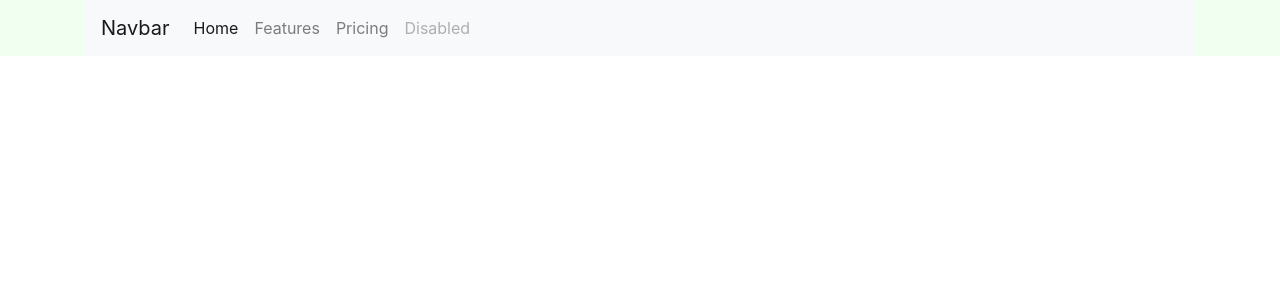
Repository: mohsinfarabi/e-school
Page: index.html
An editor plug-in stored every save of this project. The page is shown before and after the next save, followed by the edit.
The browser window is 1280 px wide. The pictures show the whole page.

Above is the page before, as saved 2020-07-08 00:50:12.

### index.html
<!DOCTYPE html>
<html lang="en">

<head>
    <meta charset="UTF-8">
    <meta name="viewport" content="width=device-width, initial-scale=1.0">
    <link rel="stylesheet" href="css/bootstrap/css/bootstrap.min.css">
    <link rel="stylesheet" href="style.css">
    <title>E-School</title>
</head>

<body>
    <section class="top-part">
        <div class="container">
            <nav class="navbar navbar-expand-lg navbar-light bg-light">
                <a class="navbar-brand" href="#">Navbar</a>
                <button class="navbar-toggler" type="button" data-toggle="collapse" data-target="#navbarNav" aria-controls="navbarNav" aria-expanded="false" aria-label="Toggle navigation">
                  <span class="navbar-toggler-icon"></span>
                </button>
                <div class="collapse navbar-collapse" id="navbarNav">
                    <ul class="navbar-nav">
                        <li class="nav-item active">
                            <a class="nav-link" href="#">Home <span class="sr-only">(current)</span></a>
                        </li>
                        <li class="nav-item">
                            <a class="nav-link" href="#">Features</a>
                        </li>
                        <li class="nav-item">
                            <a class="nav-link" href="#">Pricing</a>
                        </li>
                        <li class="nav-item">
                            <a class="nav-link disabled" href="#" tabindex="-1" aria-disabled="true">Disabled</a>
                        </li>
                    </ul>
                </div>
            </nav>
        </div>
    </section>











    <script src="https://code.jquery.com/jquery-3.5.1.slim.min.js" integrity="sha384-DfXdz2htPH0lsSSs5nCTpuj/zy4C+OGpamoFVy38MVBnE+IbbVYUew+OrCXaRkfj" crossorigin="anonymous"></script>
    <script src="https://cdn.jsdelivr.net/npm/popper.js@1.16.0/dist/umd/popper.min.js" integrity="sha384-Q6E9RHvbIyZFJoft+2mJbHaEWldlvI9IOYy5n3zV9zzTtmI3UksdQRVvoxMfooAo" crossorigin="anonymous"></script>
    <script src="https://stackpath.bootstrapcdn.com/bootstrap/4.5.0/js/bootstrap.min.js" integrity="sha384-OgVRvuATP1z7JjHLkuOU7Xw704+h835Lr+6QL9UvYjZE3Ipu6Tp75j7Bh/kR0JKI" crossorigin="anonymous"></script>
</body>

</html>

### style.css
.top-part {
    background-color: #F0FFF0;
}

.bg-light {
    color: #F0FFF0;
}

Loaded but not shown: css/bootstrap/css/bootstrap.min.css (library)

After the next save:
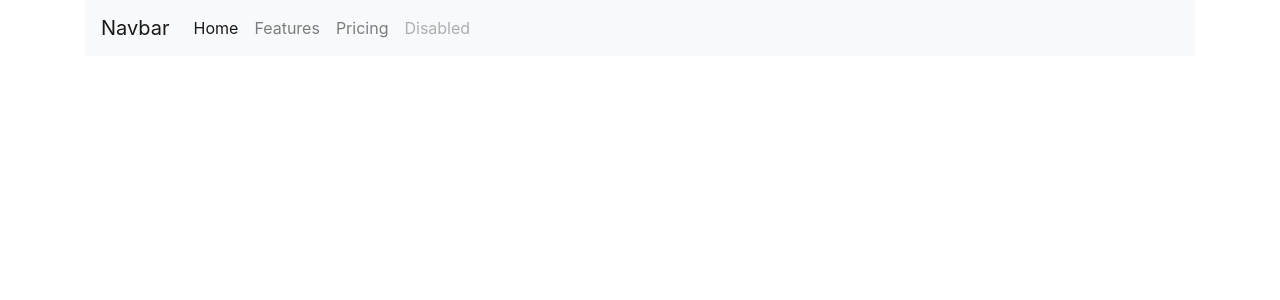
Saved 70 s later.
--- a/index.html
+++ b/index.html
@@ -10,13 +10,13 @@
 </head>
 
 <body>
-    <section class="top-part">
-        <div class="container">
+    <div class="container">
+        <section class="top-part">
             <nav class="navbar navbar-expand-lg navbar-light bg-light">
                 <a class="navbar-brand" href="#">Navbar</a>
                 <button class="navbar-toggler" type="button" data-toggle="collapse" data-target="#navbarNav" aria-controls="navbarNav" aria-expanded="false" aria-label="Toggle navigation">
-                  <span class="navbar-toggler-icon"></span>
-                </button>
+                      <span class="navbar-toggler-icon"></span>
+                    </button>
                 <div class="collapse navbar-collapse" id="navbarNav">
                     <ul class="navbar-nav">
                         <li class="nav-item active">
@@ -34,8 +34,8 @@
                     </ul>
                 </div>
             </nav>
-        </div>
-    </section>
+        </section>
+    </div>
 
 
 

After the 2 saves that followed:
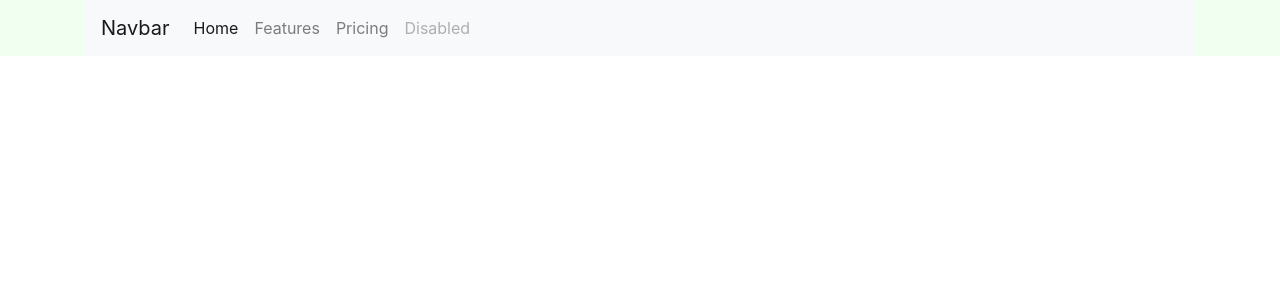
The 2 saves are shown as one change because 1 left the picture as it was.
The last was saved 4 min 17 s later.
--- a/index.html
+++ b/index.html
@@ -10,8 +10,8 @@
 </head>
 
 <body>
-    <div class="container">
-        <section class="top-part">
+    <section class="top-part">
+        <div class="container">
             <nav class="navbar navbar-expand-lg navbar-light bg-light">
                 <a class="navbar-brand" href="#">Navbar</a>
                 <button class="navbar-toggler" type="button" data-toggle="collapse" data-target="#navbarNav" aria-controls="navbarNav" aria-expanded="false" aria-label="Toggle navigation">
@@ -34,7 +34,7 @@
                     </ul>
                 </div>
             </nav>
-        </section>
+    </section>
     </div>
 
 
--- a/style.css
+++ b/style.css
@@ -3,5 +3,5 @@
 }
 
 .bg-light {
-    color: #F0FFF0;
+    color: #F0FFF0 !important;
 }
